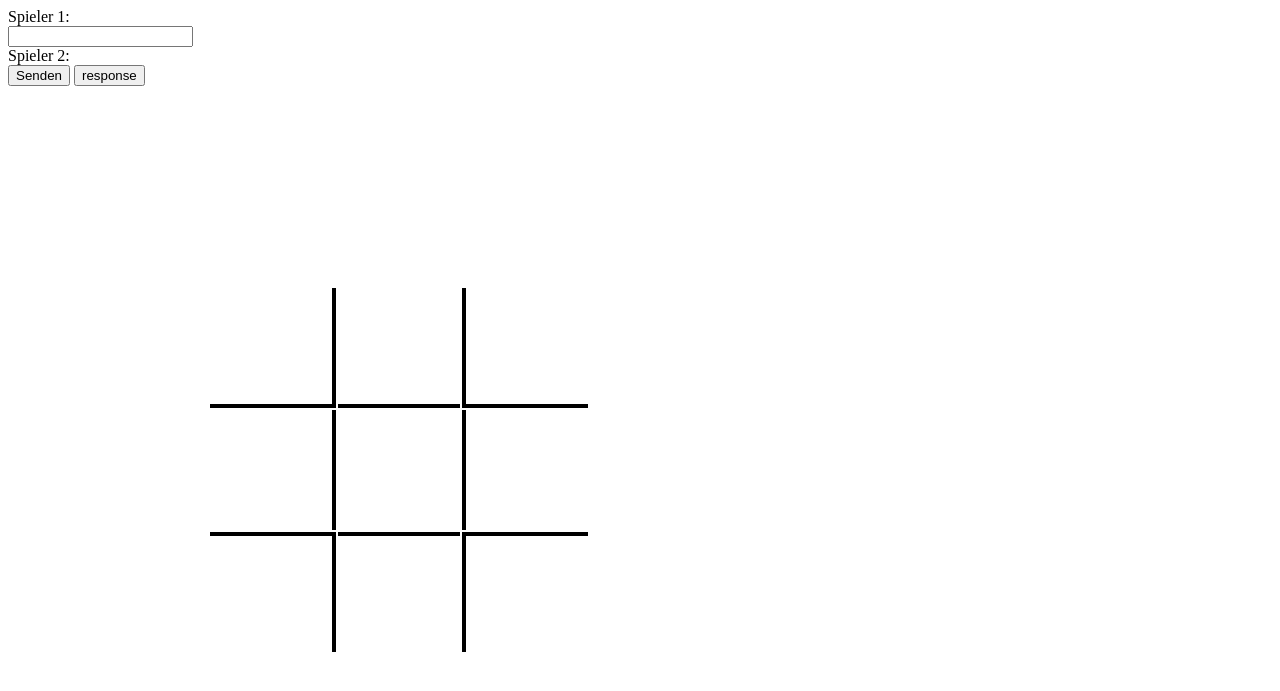
Repository: BKMaster94/Proggen_testat_2
Page: Proggen_testat_2/HTML/Index.html
The author's editor kept a copy of each file at every save. The page is drawn from the files as they stood at one save, then again after the next save.
The browser window is 1280 px wide. The pictures show the whole page.

Above is the page before, as saved 2017-06-12 19:29:18.

### Proggen_testat_2/HTML/Index.html
<!DOCTYPE HEAD PUBLIC "-//W3C//DTD HTML 4.01 Transitional//EN" "http://www.w3.org/TR/html4/loose.dtd">
<HTML>
<HEAD>
	<meta name="Dokumentbe4schreibung" content="Index">
	<meta name="viewport" content="width=device-width, initial-sclae=1.0">
	<title>TicTacTo</title>

	<style>
	#table{
		font: bold 100px 'Comic Sans';
		margin-left:2em;
		margin-top:2em;
		display: table;
	}

	table tr th{
		width: 120px;
		height: 120px;
	}

	#S1Z_Eins{
		border-right: 4px solid black;
		border-bottom: 4px solid black;
	}
	#S1Z_Zwei
	{
		border-bottom: 4px solid black;
	}
	#S1Z_Drei
	{
		border-left: 4px solid black;
		border-bottom: 4px solid black;
	}
	#S2Z_Eins{
		border-right: 4px solid black;
	}
	#S2Z_Zwei
	{
		border-radius:: 2px;
	}
	#S2Z_Drei
	{
		border-left: 4px solid black;
		border-radius:: 2px;

	}
	#S3Z_Eins{
		border-right: 4px solid black;
		border-top: 4px solid black;
	}
	#S3Z_Zwei
	{
		border-top: 4px solid black;
	}
	#S3Z_Drei
	{
		border-left: 4px solid black;
		border-top: 4px solid black;
	}
	</style>
</HEAD>

<BODY>
<div> Spieler 1: </div>
<input type="text" id="name" name="name" />
<div> Spieler 2: </div>
<div id="test"></div>


<button onclick="sendRequest()"> Senden </button>
<button onclick="getResponse()"> response </button>



	<table id="table">
		<tr id="S_Eins">
			<th id="S1Z_Eins" onclick="WerlcherDarfClicken(this.id);"></th>
			<th id="S1Z_Zwei" onclick="WerlcherDarfClicken(this.id);"></th>
			<th id="S1Z_Drei" onclick="WerlcherDarfClicken(this.id);"></th>
		</tr>
		<tr id="S_Zwei">
			<th id="S2Z_Eins" onclick="WerlcherDarfClicken(this.id);"></th>
			<th id="S2Z_Zwei" onclick="WerlcherDarfClicken(this.id);"></th>
			<th id="S2Z_Drei" onclick="WerlcherDarfClicken(this.id);"></th>
		</tr>
		<tr id="S_Drei">
		 	<th id="S3Z_Eins" onclick="WerlcherDarfClicken(this.id);"></th>
			<th id="S3Z_Zwei" onclick="WerlcherDarfClicken(this.id);"></th>
			<th id="S3Z_Drei" onclick="WerlcherDarfClicken(this.id);"></th>
		</tr>

	</table>

</BODY>

<script type="text/javascript">
var playername1= "";
var player1 = true;
var player2 = false;

function WerlcherDarfClicken(el){
	if(player1 == true ){
		player2 = false;
		document.getElementById(el).innerHTML='x';
	}
	if(player2 == true){
		player1 = false;
		document.getElementById(el).innerHTML='o';
	}
}

var textname = document.getElementById("name").value;
alert(textname);
function sendRequest(){

	   xmlhttp = new XMLHttpRequest();

	   xmlhttp.open("POST","http://localhost:8080/getstring", true);
	   xmlhttp.send();

	   string=xmlhttp.responseText;

}

function getResponse(){

		xhr = new XMLHttpRequest();

		xhr.open("GET","http://localhost:8080/getResponse", true);
		xhr.send('');
	 	xhr.onreadystatechange = function() {
		   if (xhr.readyState == 4) {
		     document.getElementById("test").innerHTML = this.responseText;
		   }

	 	}
}
</script>
</HTML>

After the next save:
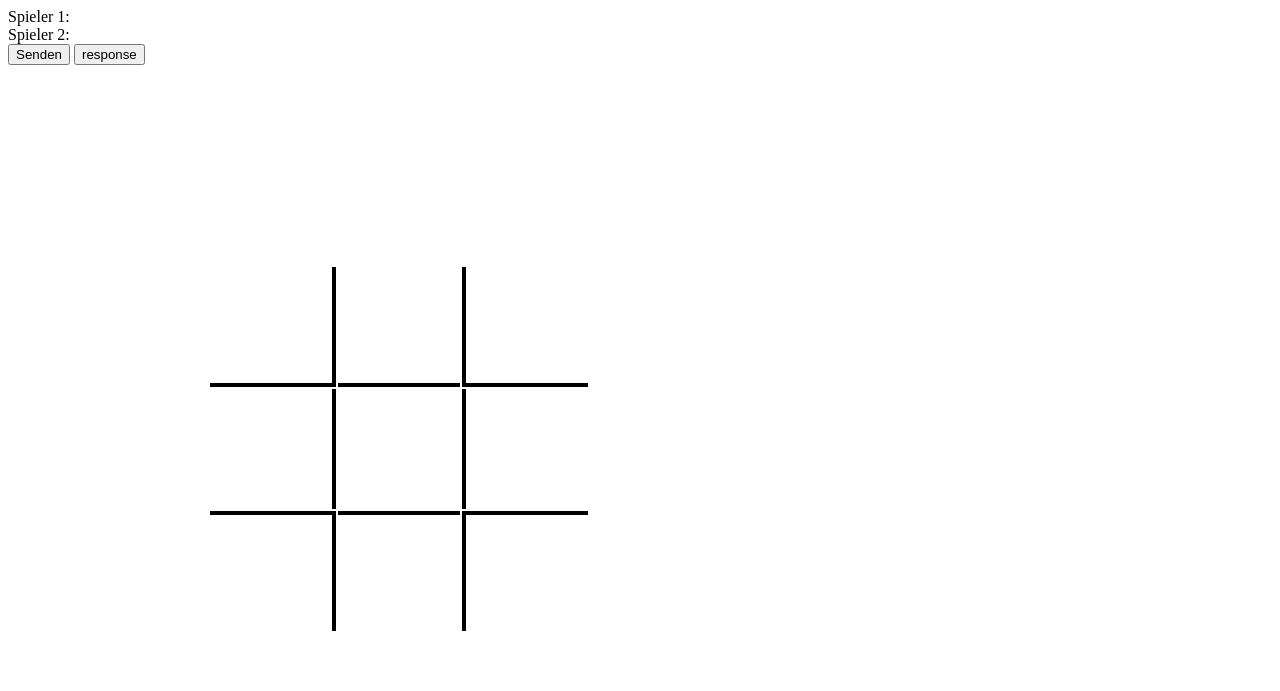
Saved 71 s later.
--- a/Proggen_testat_2/HTML/Index.html
+++ b/Proggen_testat_2/HTML/Index.html
@@ -61,8 +61,12 @@
 </HEAD>
 
 <BODY>
+<form
+<input type="text" id="name" name="name" value="Namen eintrage"/>
+
+
+
 <div> Spieler 1: </div>
-<input type="text" id="name" name="name" />
 <div> Spieler 2: </div>
 <div id="test"></div>
 
@@ -110,7 +114,7 @@ function WerlcherDarfClicken(el){
 }
 
 var textname = document.getElementById("name").value;
-alert(textname);
+
 function sendRequest(){
 
 	   xmlhttp = new XMLHttpRequest();
